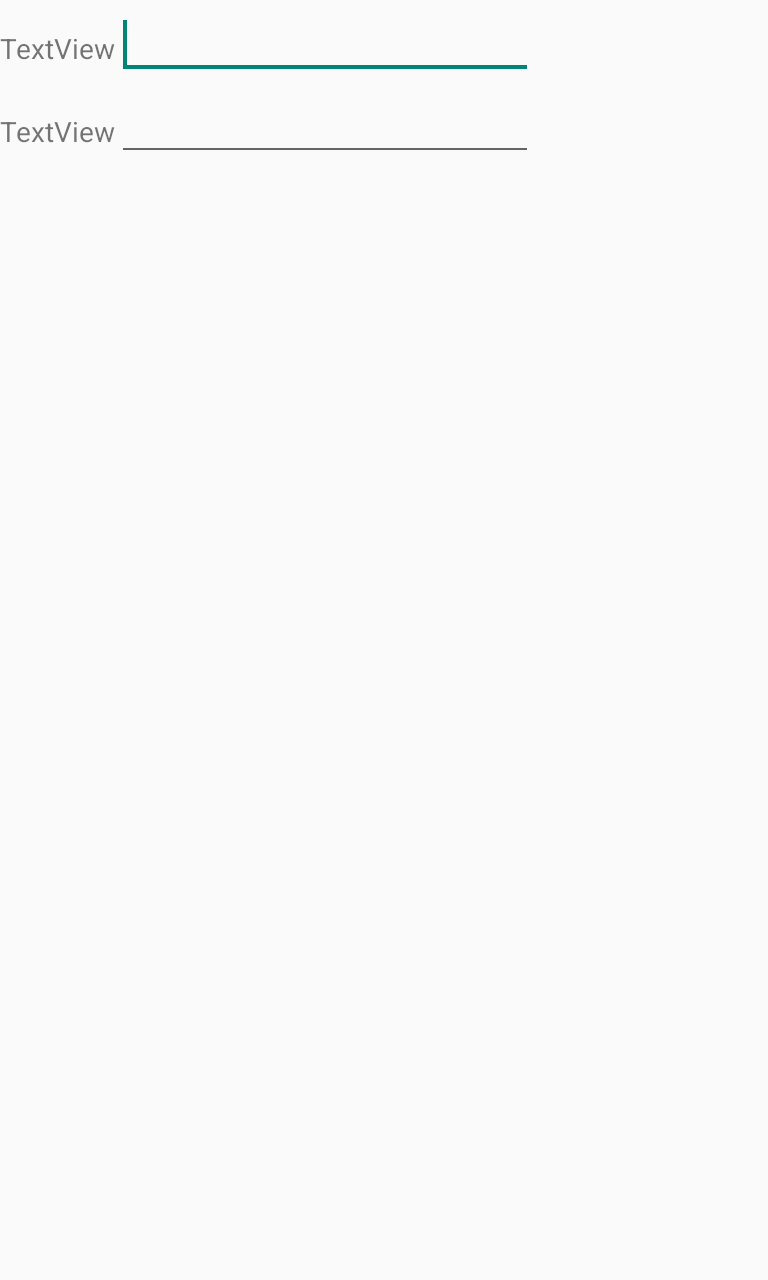
Repository: zieckey/androidworkspace
Layout: LoginTableLayout/res/layout/activity_main.xml
The author's editor kept a copy of each file at every save. The layout is drawn from the files as they stood at one save, then again after the next save.
It is drawn on a 768 x 1280 px phone screen (xhdpi) without system bars, with theme AppTheme; the app's code is not run.

Above is the layout before, as saved 2014-09-07 08:53:17.

### LoginTableLayout/res/layout/activity_main.xml
<FrameLayout xmlns:android="http://schemas.android.com/apk/res/android"
    xmlns:tools="http://schemas.android.com/tools"
    android:id="@+id/container"
    android:layout_width="match_parent"
    android:layout_height="match_parent"
    tools:context="com.jely.login.MainActivity"
    tools:ignore="MergeRootFrame" >

    <TableLayout
        android:layout_width="match_parent"
        android:layout_height="match_parent" >

        <TableRow
            android:id="@+id/tableRow1"
            android:layout_width="wrap_content"
            android:layout_height="wrap_content" >

            <TextView
                android:id="@+id/textView1"
                android:layout_width="wrap_content"
                android:layout_height="wrap_content"
                android:text="TextView" />

            <EditText
                android:id="@+id/editText1"
                android:layout_width="wrap_content"
                android:layout_height="wrap_content"
                android:ems="10" >

                <requestFocus />
            </EditText>

        </TableRow>

        <TableRow
            android:id="@+id/tableRow2"
            android:layout_width="wrap_content"
            android:layout_height="wrap_content" >

            <TextView
                android:id="@+id/textView2"
                android:layout_width="wrap_content"
                android:layout_height="wrap_content"
                android:text="TextView" />

            <EditText
                android:id="@+id/editText2"
                android:layout_width="wrap_content"
                android:layout_height="wrap_content"
                android:ems="10" />

        </TableRow>

        <TableRow
            android:id="@+id/tableRow3"
            android:layout_width="wrap_content"
            android:layout_height="wrap_content" >

        </TableRow>

        <TableRow
            android:id="@+id/tableRow4"
            android:layout_width="wrap_content"
            android:layout_height="wrap_content" >
        </TableRow>

    </TableLayout>

</FrameLayout>

Loaded but not shown: LoginTableLayout/res/values/styles.xml (common file); LoginTableLayout/res/values-v11/styles.xml (common file); LoginTableLayout/res/values-v14/styles.xml (common file)

After the next save:
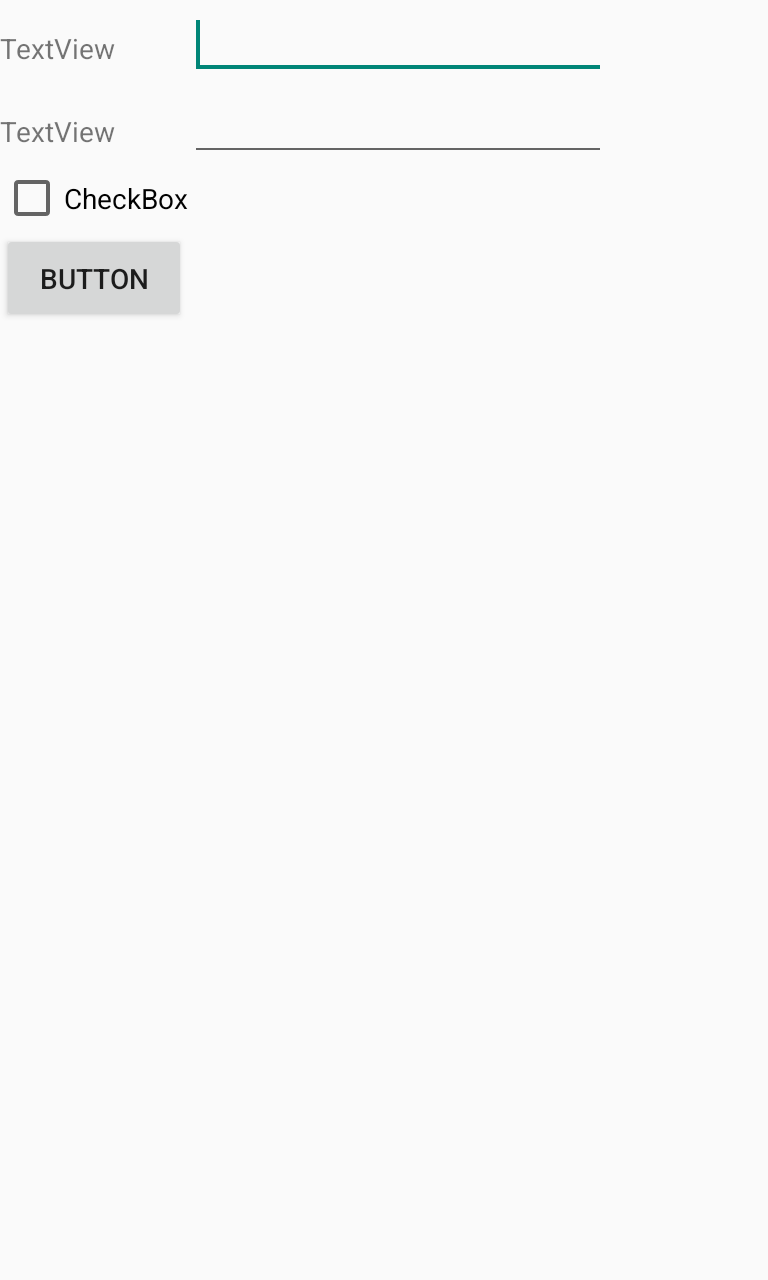
Saved 31 s later.
--- a/LoginTableLayout/res/layout/activity_main.xml
+++ b/LoginTableLayout/res/layout/activity_main.xml
@@ -56,12 +56,25 @@
             android:layout_width="wrap_content"
             android:layout_height="wrap_content" >
 
+            <CheckBox
+                android:id="@+id/checkBox1"
+                android:layout_width="wrap_content"
+                android:layout_height="wrap_content"
+                android:text="CheckBox" />
+
         </TableRow>
 
         <TableRow
             android:id="@+id/tableRow4"
             android:layout_width="wrap_content"
             android:layout_height="wrap_content" >
+
+            <Button
+                android:id="@+id/button1"
+                android:layout_width="wrap_content"
+                android:layout_height="wrap_content"
+                android:text="Button" />
+
         </TableRow>
 
     </TableLayout>
